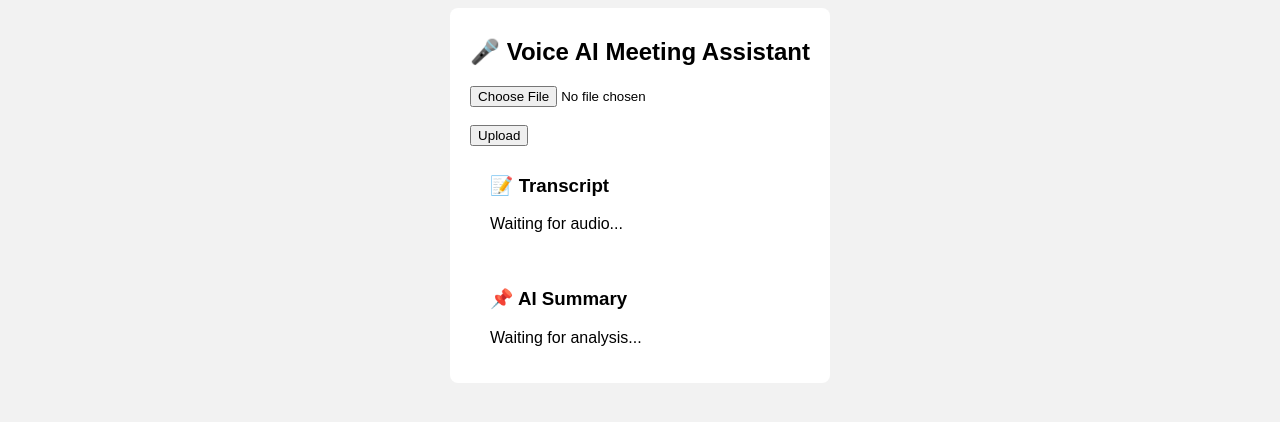
Repository: MujtabaHabib/Voice-AI-Meeting-Assistant
Page: index.html
These files come from the project's save history. The page is drawn as it stood at one moment and after a run of saves; the edit follows.
The browser window is 1280 px wide. The pictures show the whole page.

Above is the page before, as saved 2026-02-01 22:01:00.

After the next 3 saves:
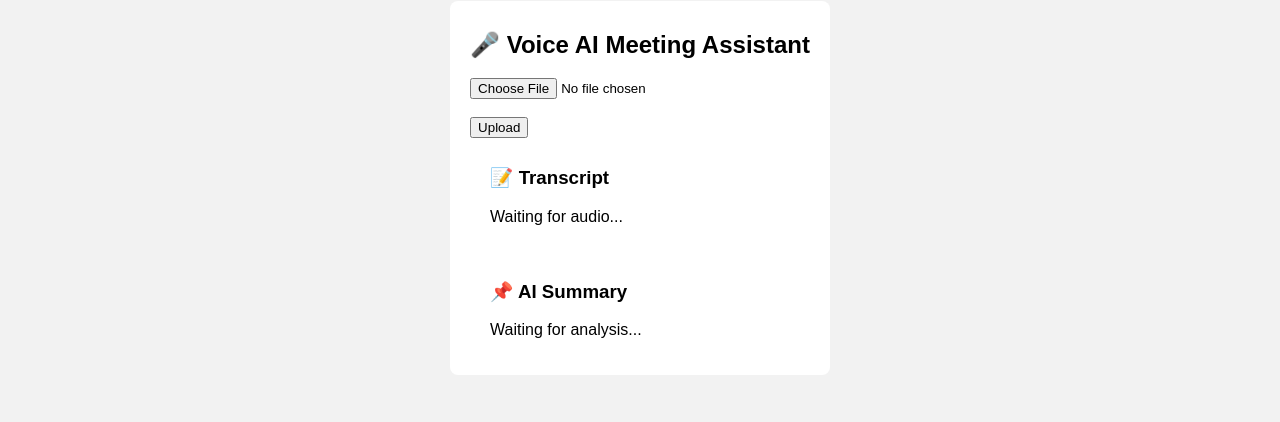
The 3 saves are shown as one change because they came seconds apart.
The last was saved 15 s later.
--- a/style.css
+++ b/style.css
@@ -1,6 +1,6 @@
 body{
     font-family:Arial;
-    heigh: 300vh;
+    height: 50vh;
     background-color: #f2f2f2;
     display: flex;
     align-items: center;
